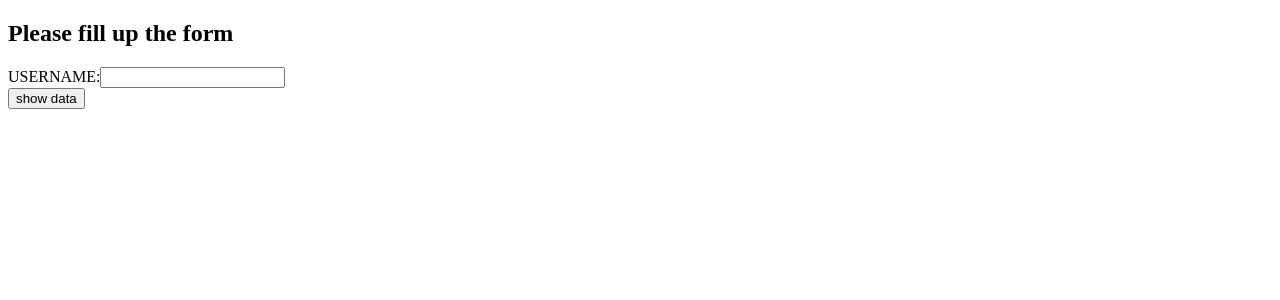
Repository: ShashantNagpure/AllProjects
Page: MyApplication/WebContent/form.html
The author's editor kept a copy of each file at every save. The page is drawn from the files as they stood at one save, then again after the next save.
The browser window is 1280 px wide. The pictures show the whole page.

Above is the page before, as saved 2018-09-18 03:48:54.

After the next save:
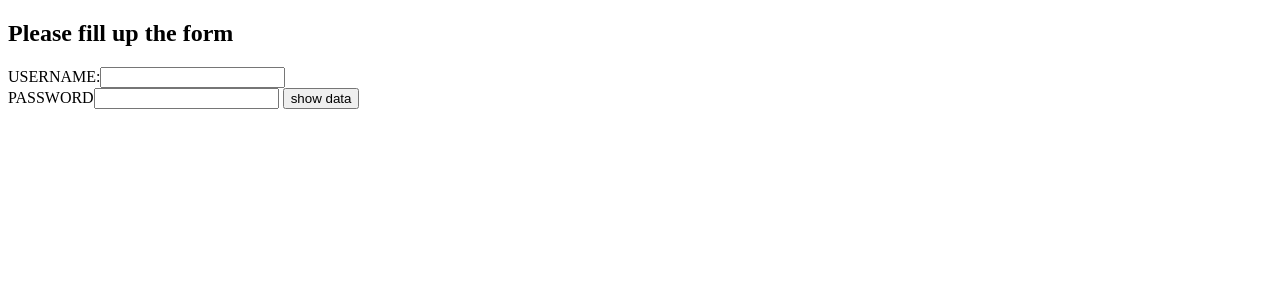
Saved 3 min 11 s later.
--- a/MyApplication/WebContent/form.html
+++ b/MyApplication/WebContent/form.html
@@ -8,6 +8,7 @@
 <H2>Please fill up the form</H2>
 <form action="mydata" method="post">
 USERNAME:<input type="text" name="username"><br>
+PASSWORD<input type="text" name="password">
 <input type="submit" value="show data">
 </form>
 </body>
